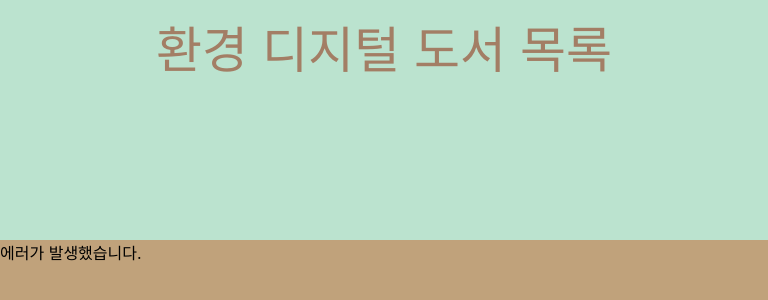
Repository: sojihwan/API
Page: / (app in contents/)
An editor plug-in stored every save of this project. The page is shown before and after the next save, followed by the edit.
The browser window is 768 px wide. The pictures show the whole page.
The page's requests for data from a server got no answer. The project was rebuilt for these pictures with package versions that can differ from the ones it lists, and the page was loaded fresh each time. No one was signed in, and anything a server would have sent is missing. Also part of the build but not shown: contents/src/css/Select.css, contents/src/css/Modal.css, contents/src/content/Modal.js.

Above is the page before, as saved 2022-05-26 13:29:45.

After the next save:
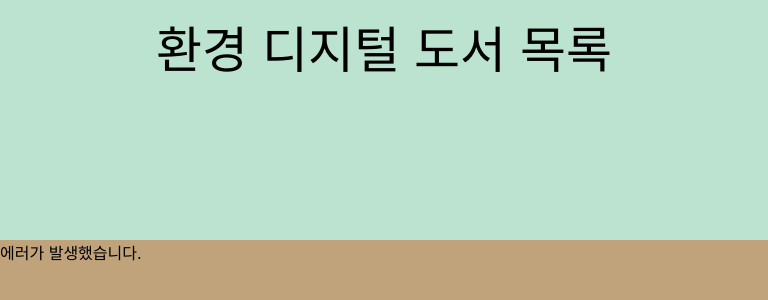
Saved 15 s later.
--- a/contents/src/css/Header.css
+++ b/contents/src/css/Header.css
@@ -10,7 +10,7 @@
 header{
   text-align: center;
   font-size: 50px;
-  color: rgb(163, 126, 101);
+  color: rgb(0, 0, 0);
 }
 p{
   margin-top: 10px;
